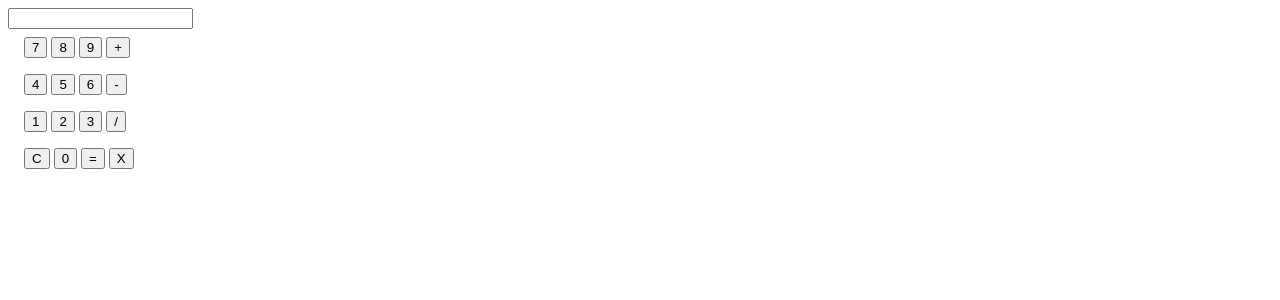
Repository: jun01270/calculator
Page: caculator.html
These files come from the project's save history. The page is drawn as it stood at one moment and after the next save; the edit follows.
The browser window is 1280 px wide. The pictures show the whole page.

Above is the page before, as saved 2023-07-31 17:59:01.

After the next save:
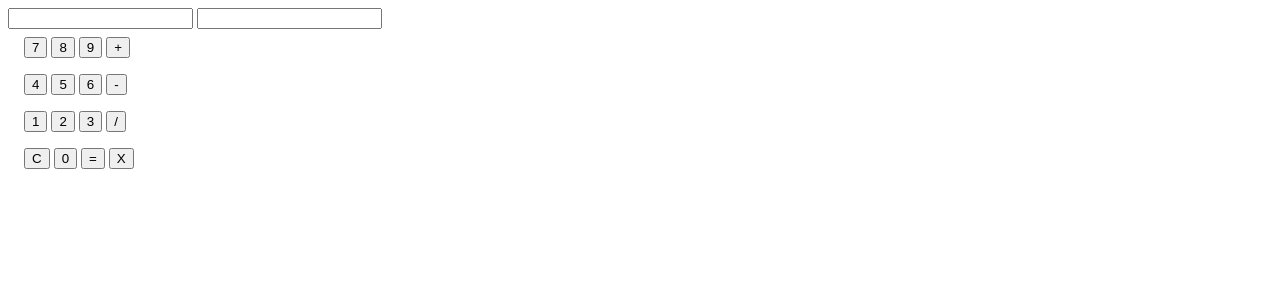
Saved 66 s later.
--- a/caculator.html
+++ b/caculator.html
@@ -7,7 +7,7 @@
     <title>Document</title>
   </head>
   <body>
-    <div><input type="text" /></div>
+    <div><input type="text" /> <input type="text" /></div>
     <div class="row">
       <button>7</button>
       <button>8</button>
